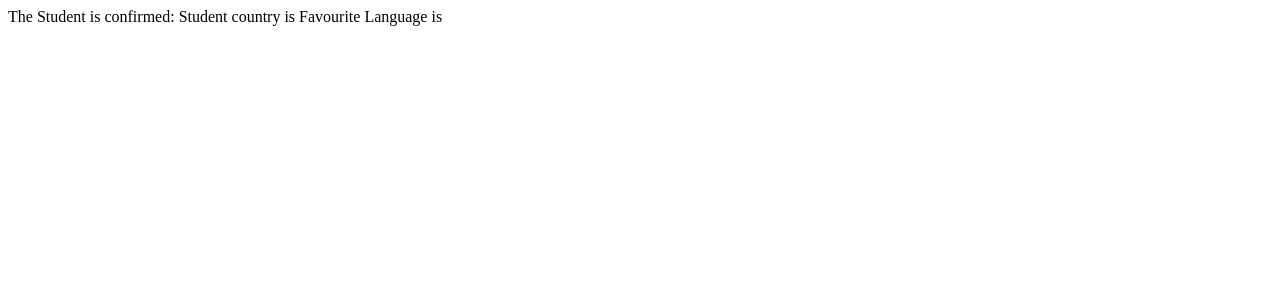
Repository: PuchakayalaVyshnavi/Bootstrap5
Page: http://localhost/jspdemo/student-response.jsp
An editor plug-in stored every save of this project. The page is shown before and after the next save, followed by the edit.
The browser window is 1280 px wide. The pictures show the whole page.
The page is served by Tomcat 9.

Above is the page before, as saved 2021-08-17 08:32:28.

After the next save:
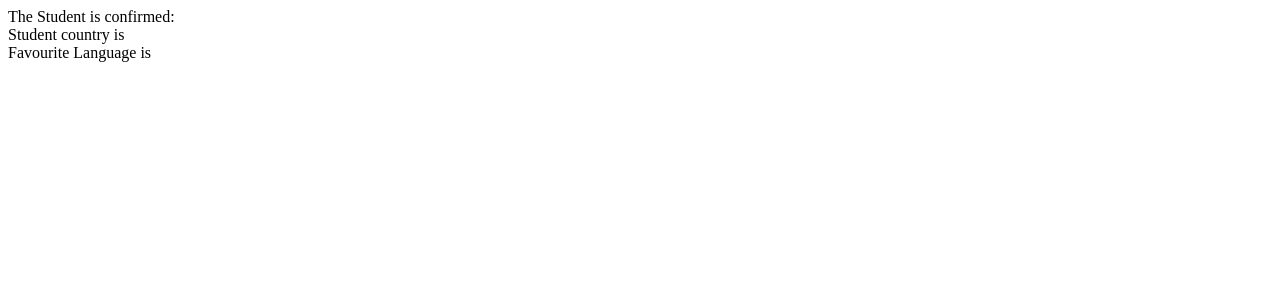
Saved 52 s later.
--- a/Java/jspdemo/src/main/webapp/student-response.jsp
+++ b/Java/jspdemo/src/main/webapp/student-response.jsp
@@ -8,9 +8,10 @@
 </head>
 <body>
 The Student is confirmed: ${param.firstName}  ${param.lastName}
-
+<br/>
 Student country is ${param.Country}
-
+<br/>
 Favourite Language is ${param.language}
+<br/>
 </body>
 </html>
